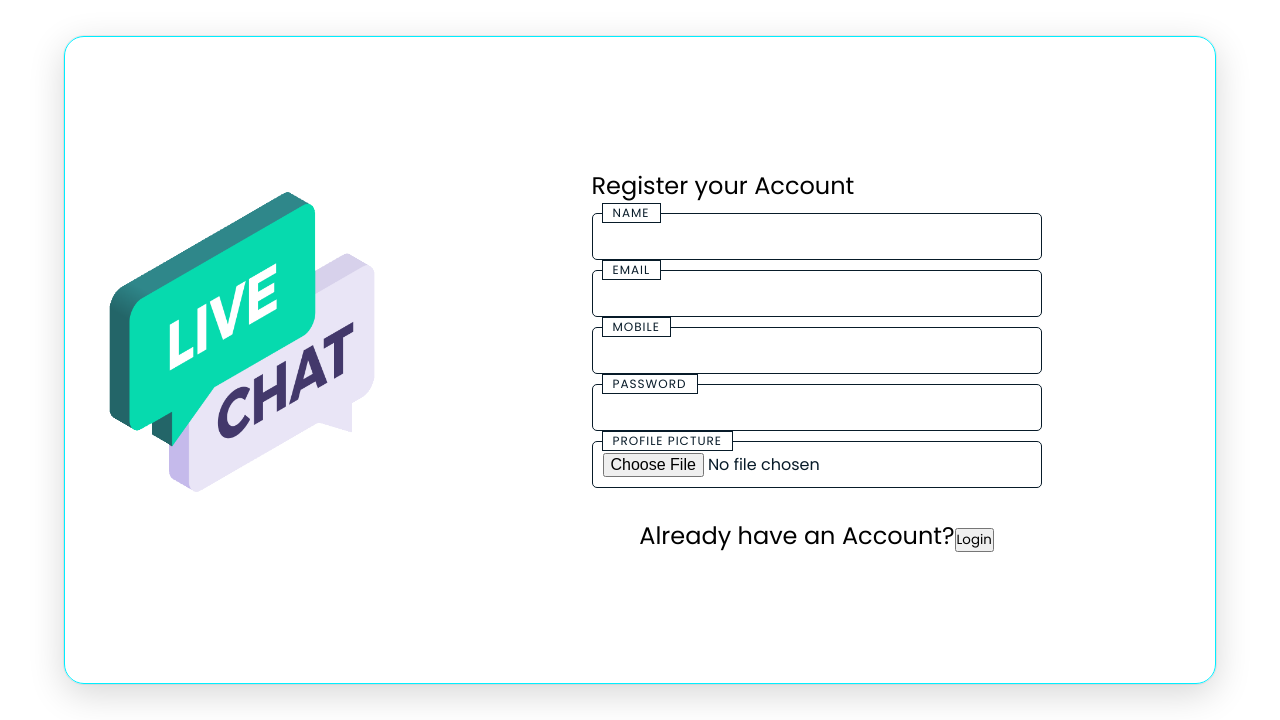
Repository: swastikjhacoder/mern-chat-frontend-only
Page: /
The author's editor kept a copy of each file at every save. The page is drawn from the files as they stood at one save, then again after a run of saves.
The browser window is 1280 px wide. The pictures show the whole page.
The project was rebuilt for these pictures with package versions that can differ from the ones it lists, and the page was loaded fresh each time. Also part of the build but not shown: src/components/chat/ConversationList.jsx, src/components/chat/SideBar.jsx, src/components/MainContainer.jsx, src/components/chat/MessageOthers.jsx, src/components/chat/MessageSelf.jsx, src/components/chat/ChatContainer.jsx, src/components/chat/OnlineUsers.jsx, src/components/chat/OnlineUsersGroup.jsx and 4 more.

Above is the page before, as saved 2023-09-22 07:57:30.

After the next 3 saves:
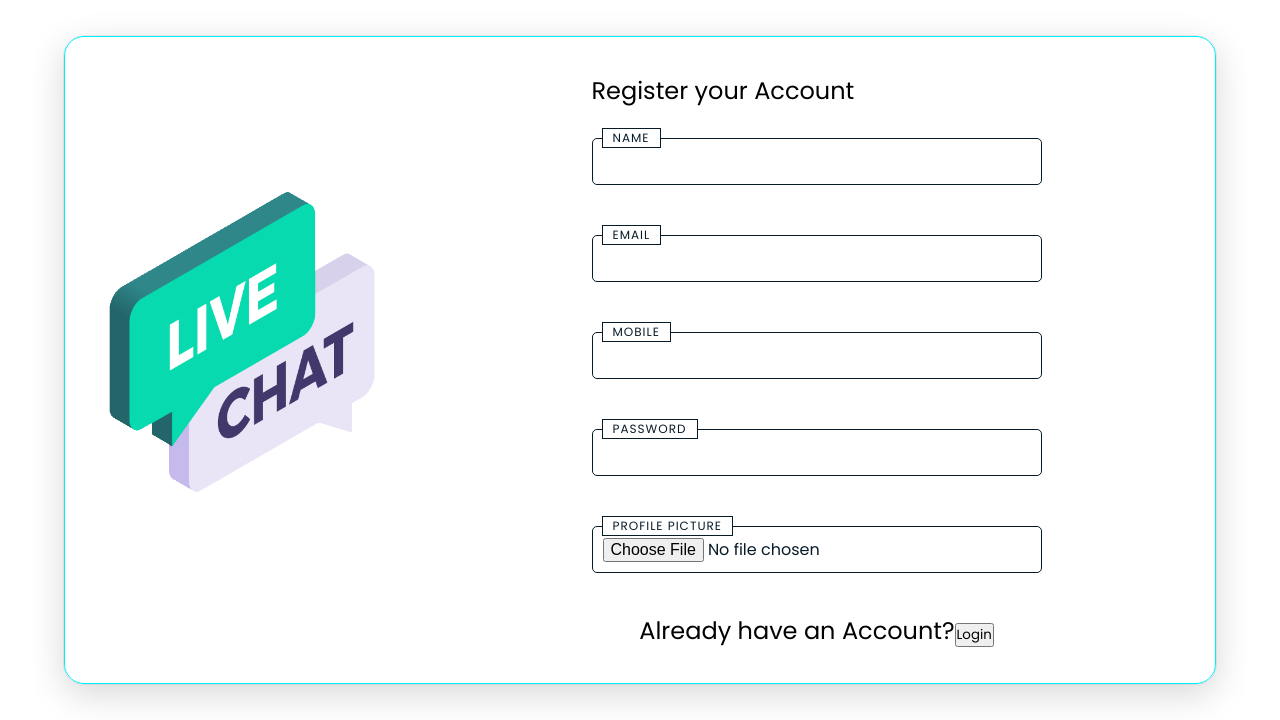
The 3 saves are shown as one change because they came seconds apart.
The last was saved 9 s later.
--- a/src/index.css
+++ b/src/index.css
@@ -477,7 +477,7 @@ body {
   font-size: var(--heading-font-size);
 }
 
-.login {
+.signUp {
   display: flex;
   flex-direction: column;
   gap: 10px;
